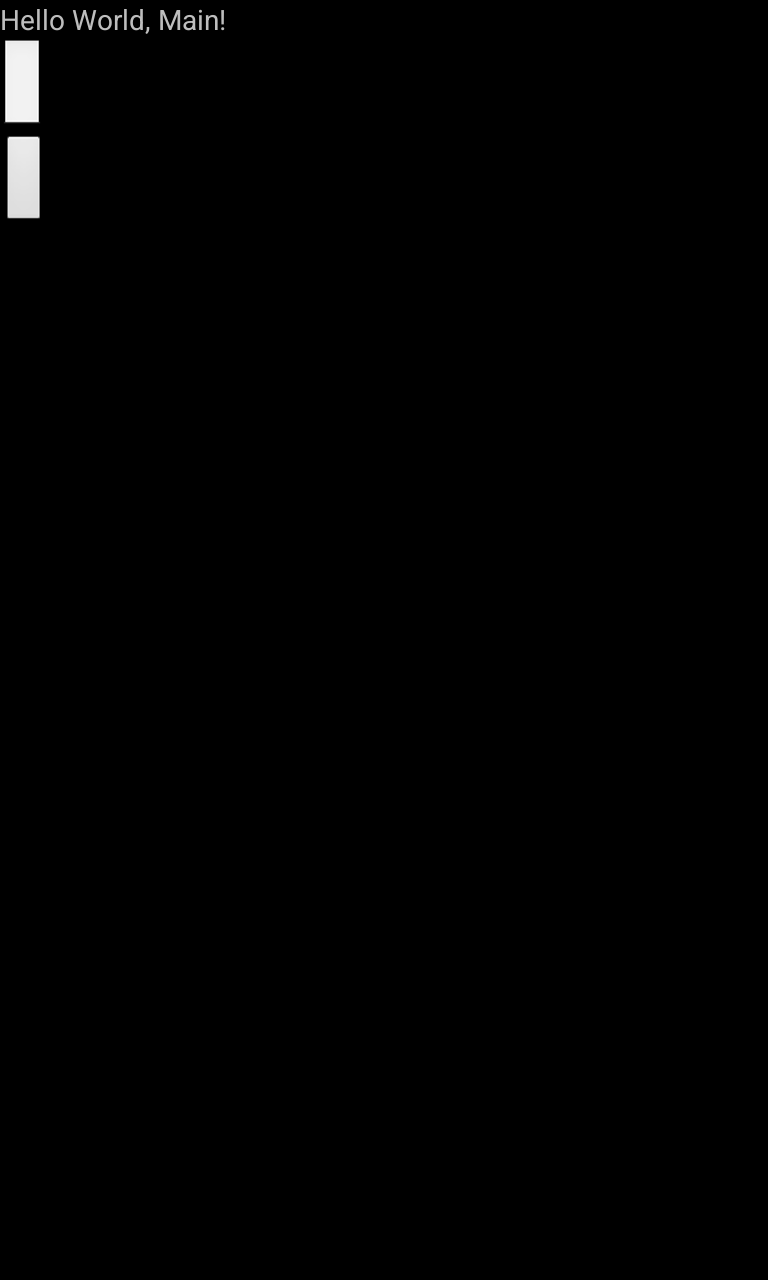
Repository: yoggy7978/yoggyRepo
Layout: android/YogSMS/YogSMS/res/layout/main.xml
These files come from the project's save history. The layout is drawn as it stood at one moment and after the next save; the edit follows.
It is drawn on a 768 x 1280 px phone screen (xhdpi) without system bars, with theme android:Theme; the app's code is not run.

Above is the layout before, as saved 2010-12-10 09:01:58.

After the next save:
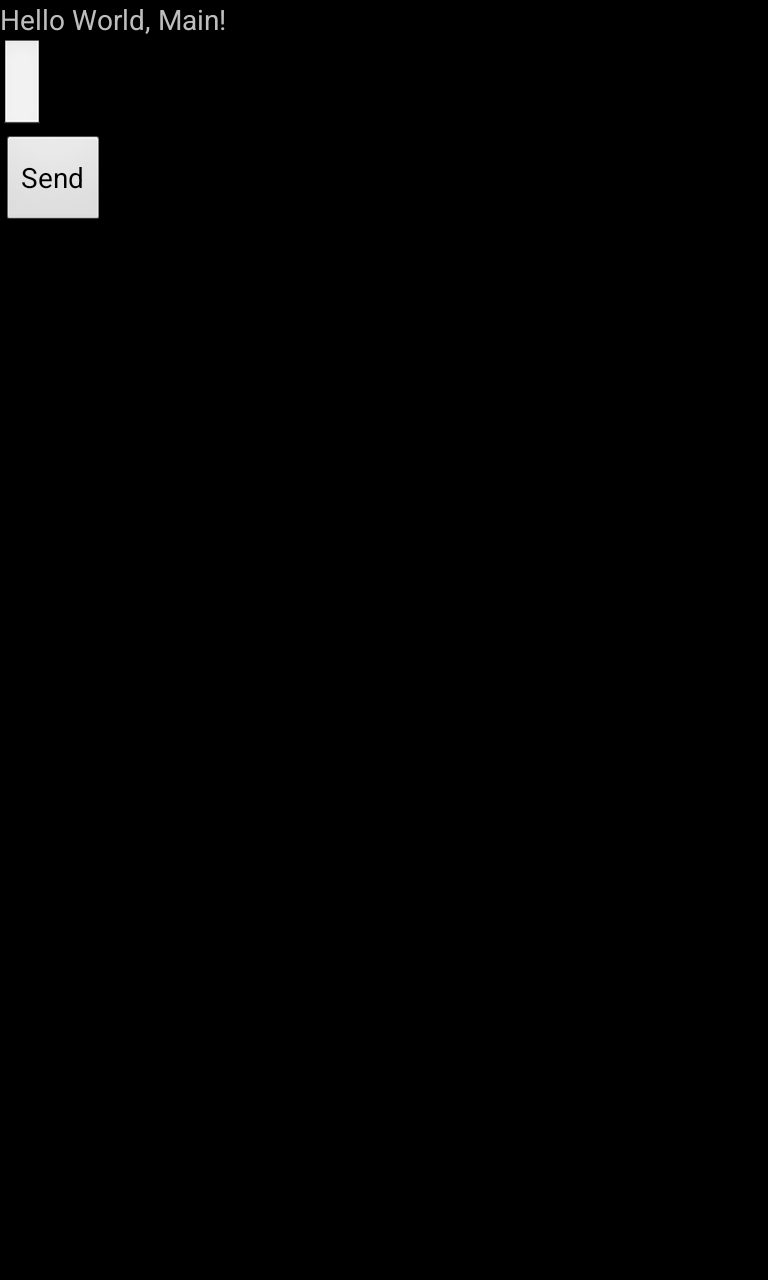
Saved 18 s later.
--- a/android/YogSMS/YogSMS/res/layout/main.xml
+++ b/android/YogSMS/YogSMS/res/layout/main.xml
@@ -10,5 +10,5 @@
     android:text="@string/hello"
     />
 <EditText android:id="@+id/et_message" android:layout_width="wrap_content" android:layout_height="wrap_content"></EditText>
-<Button android:text="@+id/btn_send" android:id="@+id/Button01" android:layout_width="wrap_content" android:layout_height="wrap_content"></Button>
+<Button android:text="Send" android:id="@+id/btn_send" android:layout_width="wrap_content" android:layout_height="wrap_content"></Button>
 </LinearLayout>

After the 2 saves that followed:
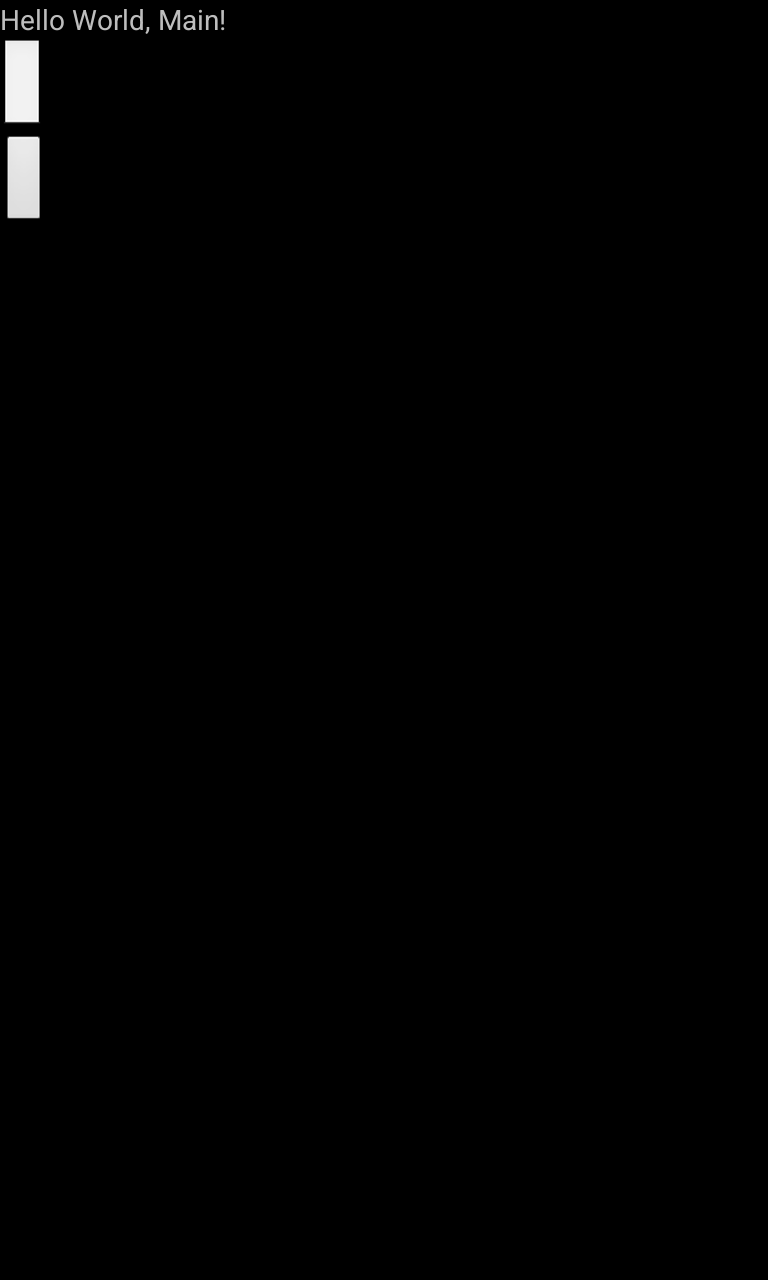
The 2 saves are shown as one change because 1 left the picture as it was.
The last was saved 53 s later.
--- a/android/YogSMS/YogSMS/res/layout/main.xml
+++ b/android/YogSMS/YogSMS/res/layout/main.xml
@@ -10,5 +10,5 @@
     android:text="@string/hello"
     />
 <EditText android:id="@+id/et_message" android:layout_width="wrap_content" android:layout_height="wrap_content"></EditText>
-<Button android:text="Send" android:id="@+id/btn_send" android:layout_width="wrap_content" android:layout_height="wrap_content"></Button>
+<Button android:text="@+id/btn_send" android:id="@+id/btn_send" android:layout_width="wrap_content" android:layout_height="wrap_content"></Button>
 </LinearLayout>
--- a/android/YogSMS/YogSMS/res/values/strings.xml
+++ b/android/YogSMS/YogSMS/res/values/strings.xml
@@ -2,4 +2,5 @@
 <resources>
     <string name="hello">Hello World, Main!</string>
     <string name="app_name">YogSMS</string>
+    <string name="btn_send">btn_send</string>
 </resources>
